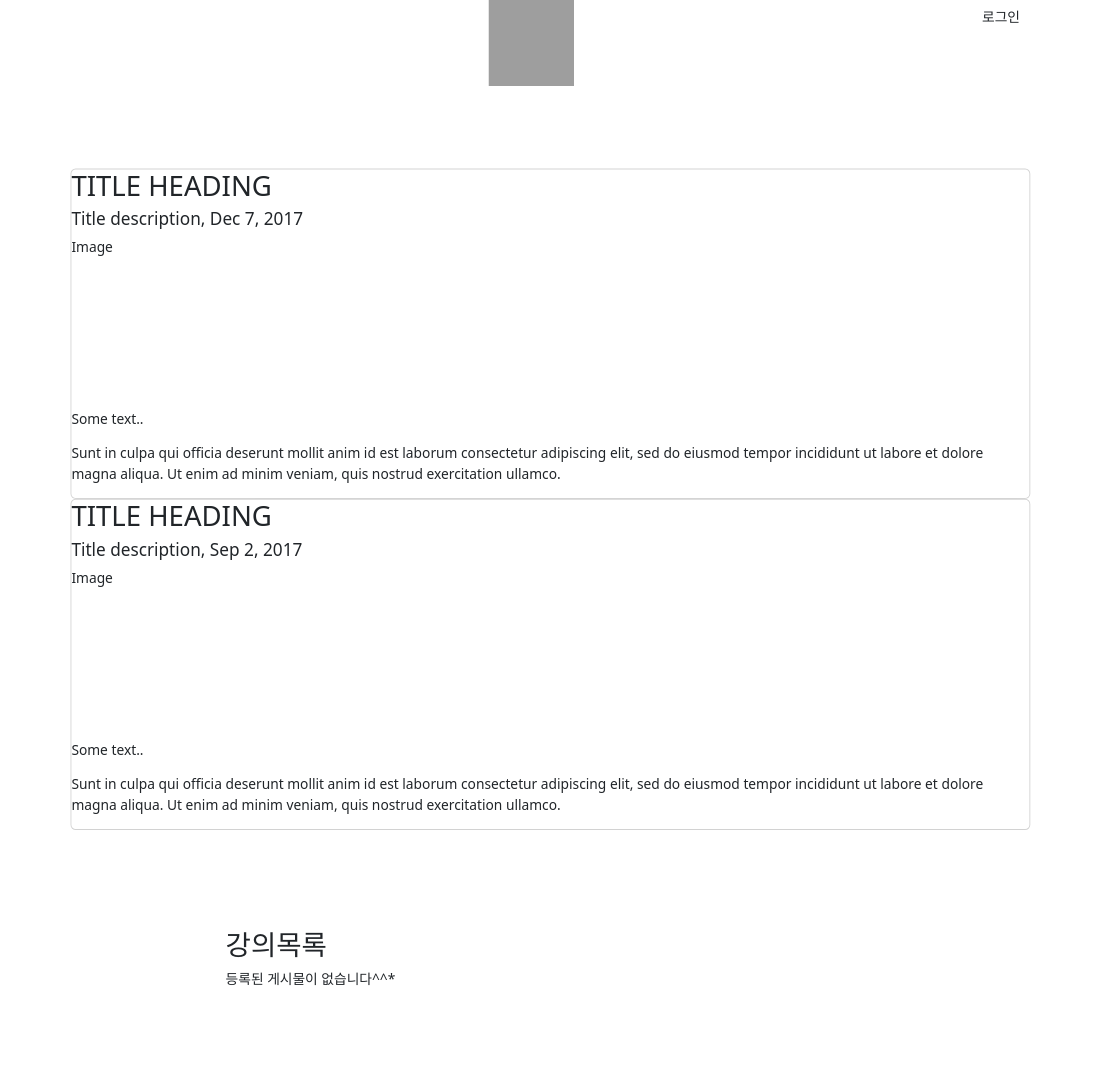
Repository: seonminpark100/CodeCampus
Page: http://localhost/LMSProject/WEB-INF/views/prof/prof.jsp
An editor plug-in stored every save of this project. The page is shown before and after the next save, followed by the edit.
The browser window is 1280 px wide. The pictures show the whole page, at 86% of full size.
Pictures or frames that could not be fetched are drawn as grey boxes. The page is served by Tomcat 10. Nobody is signed in. The template is opened directly, without the code that normally fills it, so the values that code supplies are empty.

Above is the page before, as saved 2025-07-11 06:03:21.

After the next save:
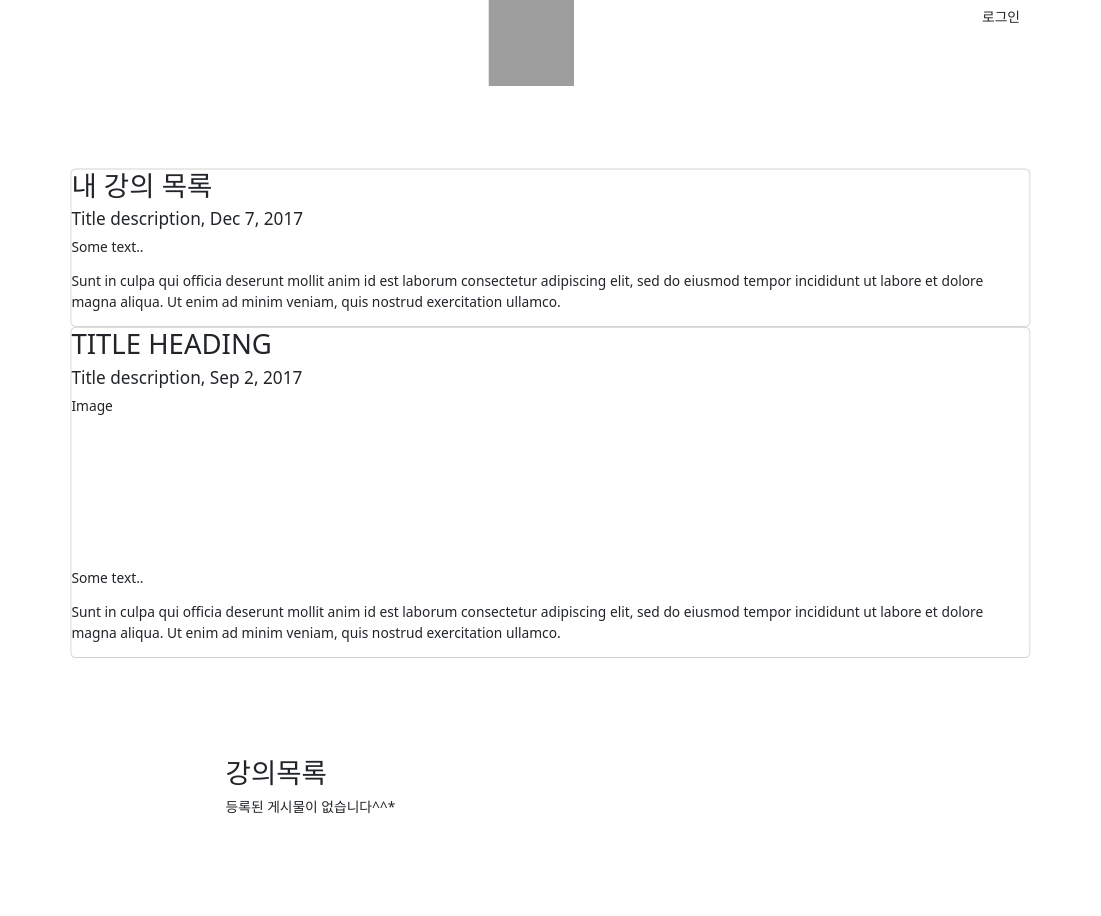
Saved 16 s later.
--- a/LMSProject/src/main/webapp/WEB-INF/views/prof/prof.jsp
+++ b/LMSProject/src/main/webapp/WEB-INF/views/prof/prof.jsp
@@ -33,9 +33,8 @@
 	<div class="row">
 	  <div class="leftcolumn">
 	    <div class="card">
-	      <h2>TITLE HEADING</h2>
+	      <h2>내 강의 목록</h2>
 	      <h5>Title description, Dec 7, 2017</h5>
-	      <div class="fakeimg" style="height:200px;">Image</div>
 	      <p>Some text..</p>
 	      <p>Sunt in culpa qui officia deserunt mollit anim id est laborum consectetur adipiscing elit, sed do eiusmod tempor incididunt ut labore et dolore magna aliqua. Ut enim ad minim veniam, quis nostrud exercitation ullamco.</p>
 	    </div>
